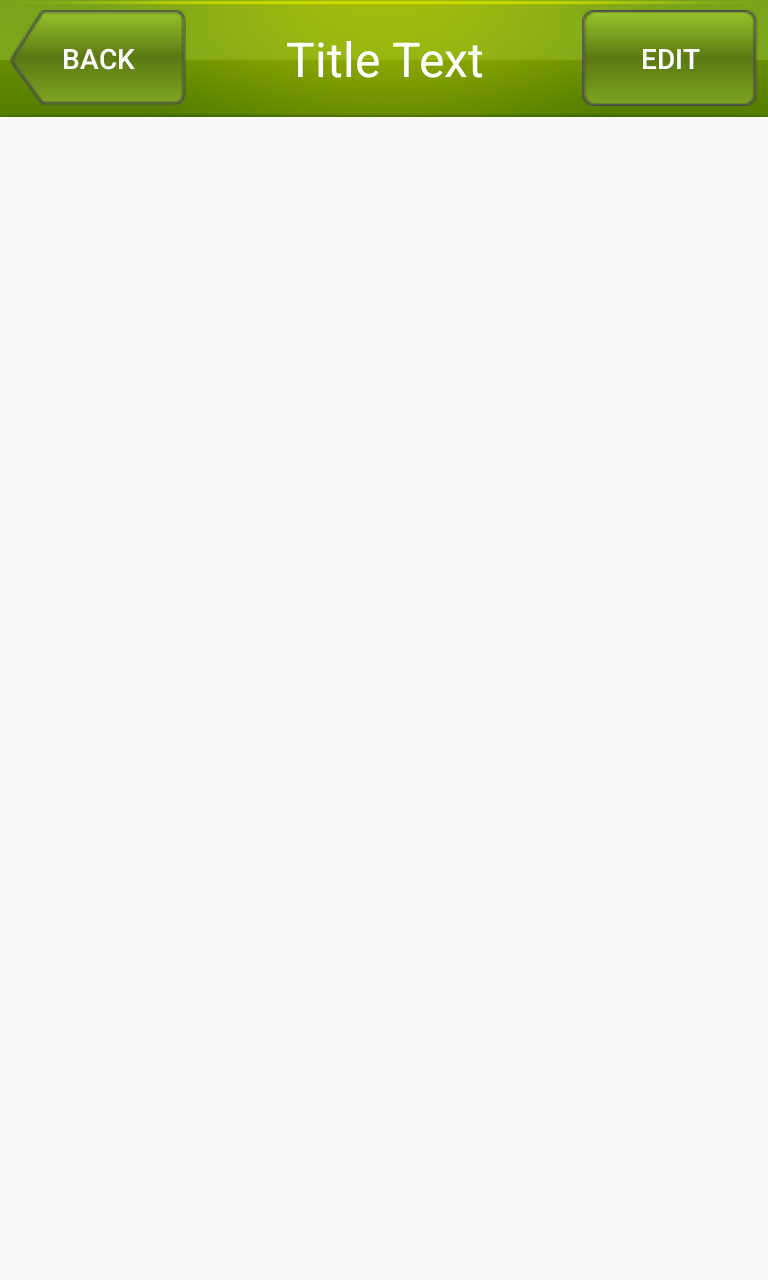
Repository: guyuzhilian/Programs
Layout: Android/UICustomViews/res/layout/activity_main.xml
These files come from the project's save history. The layout is drawn as it stood at one moment and after the next save; the edit follows.
Pictures or frames that could not be fetched are drawn as grey boxes. It is drawn on a 768 x 1280 px phone screen (xhdpi) without system bars, with theme AppTheme; the app's code is not run.

Above is the layout before, as saved 2015-06-25 09:26:03.

After the next save:
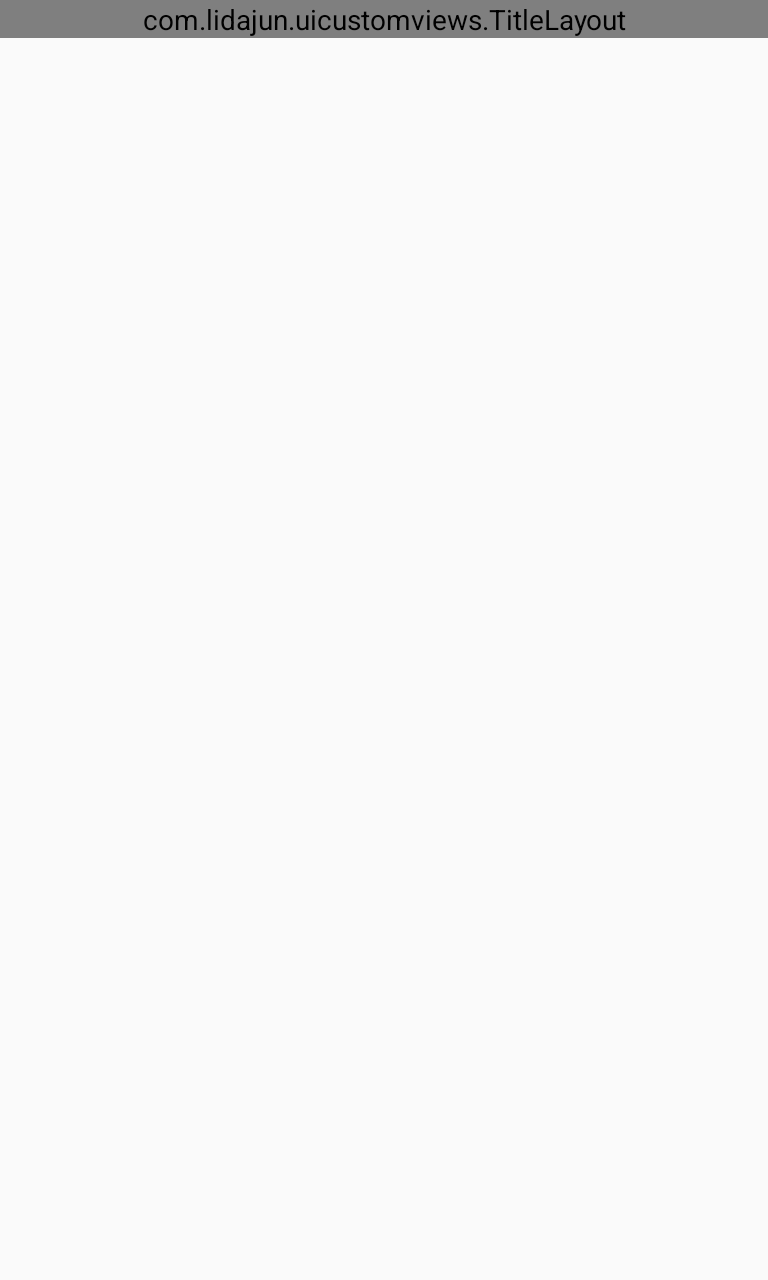
Saved 3 min 38 s later.
--- a/Android/UICustomViews/res/layout/activity_main.xml
+++ b/Android/UICustomViews/res/layout/activity_main.xml
@@ -2,5 +2,8 @@
 	android:layout_width="match_parent"
 	android:layout_height="match_parent" >
 
-	<include layout="@layout/title" />
+	<com.lidajun.uicustomviews.TitleLayout
+	    android:layout_width="match_parent"
+	    android:layout_height="wrap_content"
+	    ></com.lidajun.uicustomviews.TitleLayout>
 </LinearLayout>
